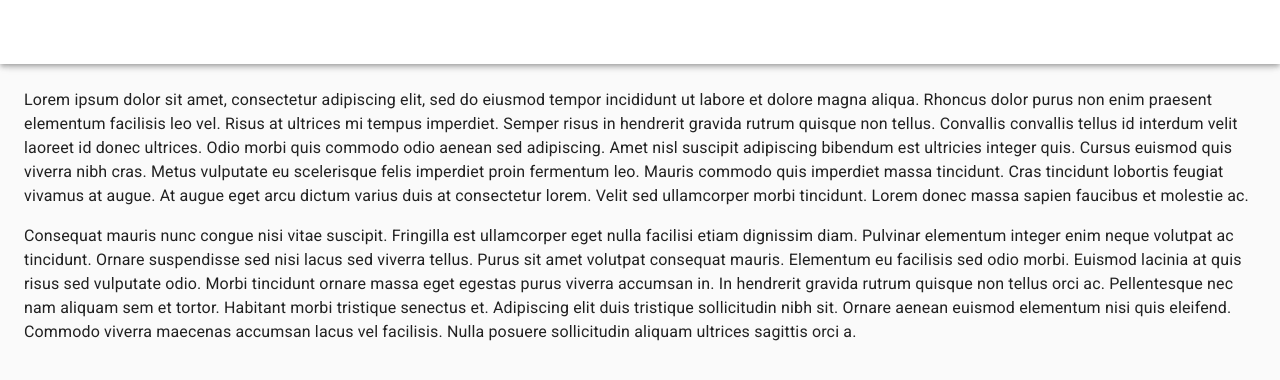
Repository: madmax2612/Appstore
Page: /
An editor plug-in stored every save of this project. The page is shown before and after the next save, followed by the edit.
The browser window is 1280 px wide. The pictures show the whole page.
The project was rebuilt for these pictures with package versions that can differ from the ones it lists, and the page was loaded fresh each time. A package was used in the major version that the imports need, not the one package.json lists.

Above is the page before, as saved 2020-07-16 16:39:45.

After the next save:
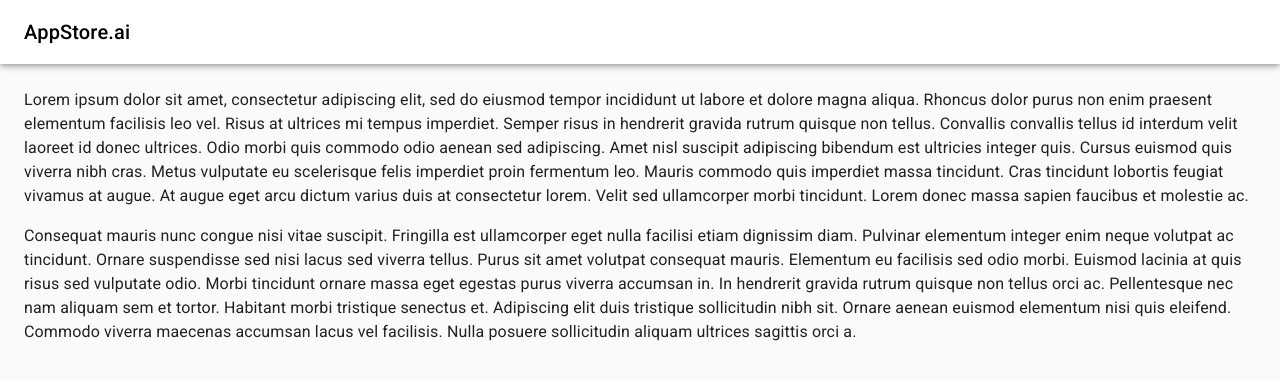
Saved 22 s later.
--- a/src/Components/Styles.js
+++ b/src/Components/Styles.js
@@ -23,6 +23,7 @@ export const useStyles = makeStyles((theme) => ({
   },
   title: {
     flexGrow: 1,
+    color:'black'
   },
   hide: {
     display: 'none',
